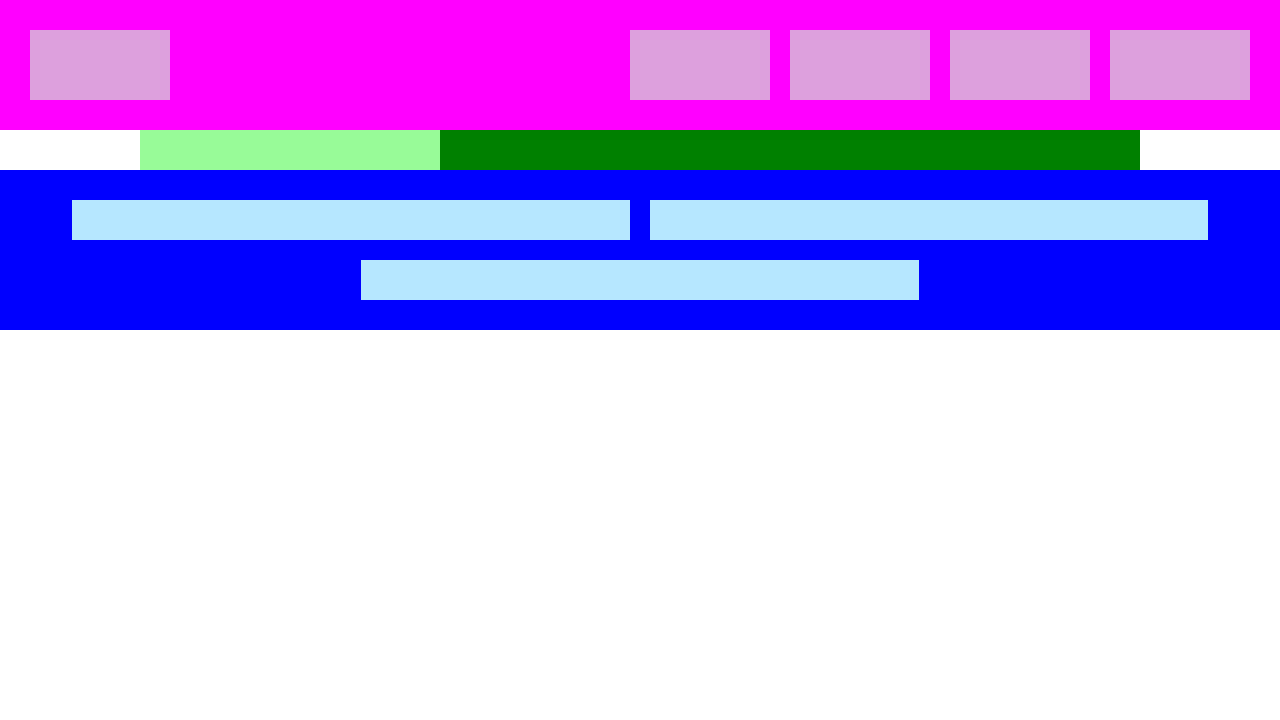
Repository: papisi-zu/book1
Page: flex/flex.html
The author's editor kept a record of every edit. The page is drawn from the files as they stood at one moment, then again after the next edit.
The browser window is 1280 px wide. The pictures show the whole page.

Above is the page before.

After the next edit:
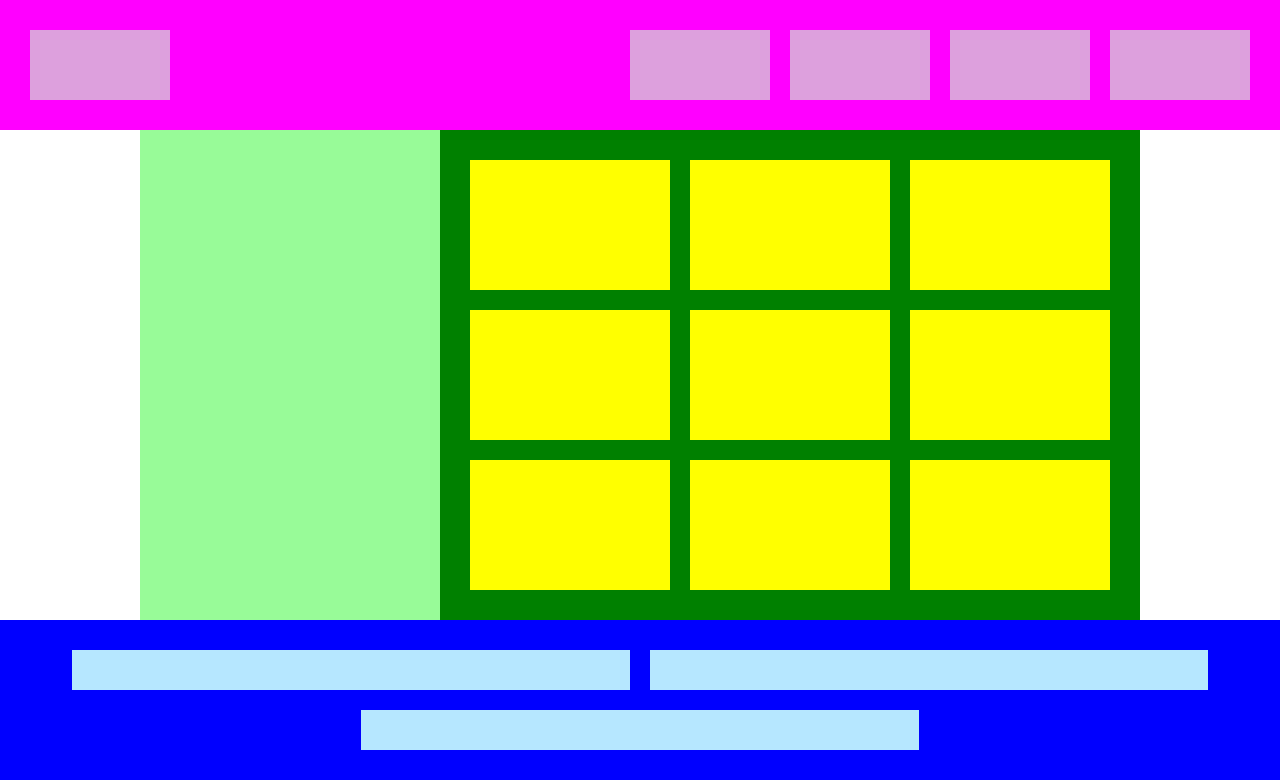
The edit:
--- a/flex/style.css
+++ b/flex/style.css
@@ -42,7 +42,7 @@
   flex-wrap: wrap;
 }
 
-.mai-position > div {
+.main-position > div {
   flex-basis: 200px;
   height: 130px;
   margin: 10px;
